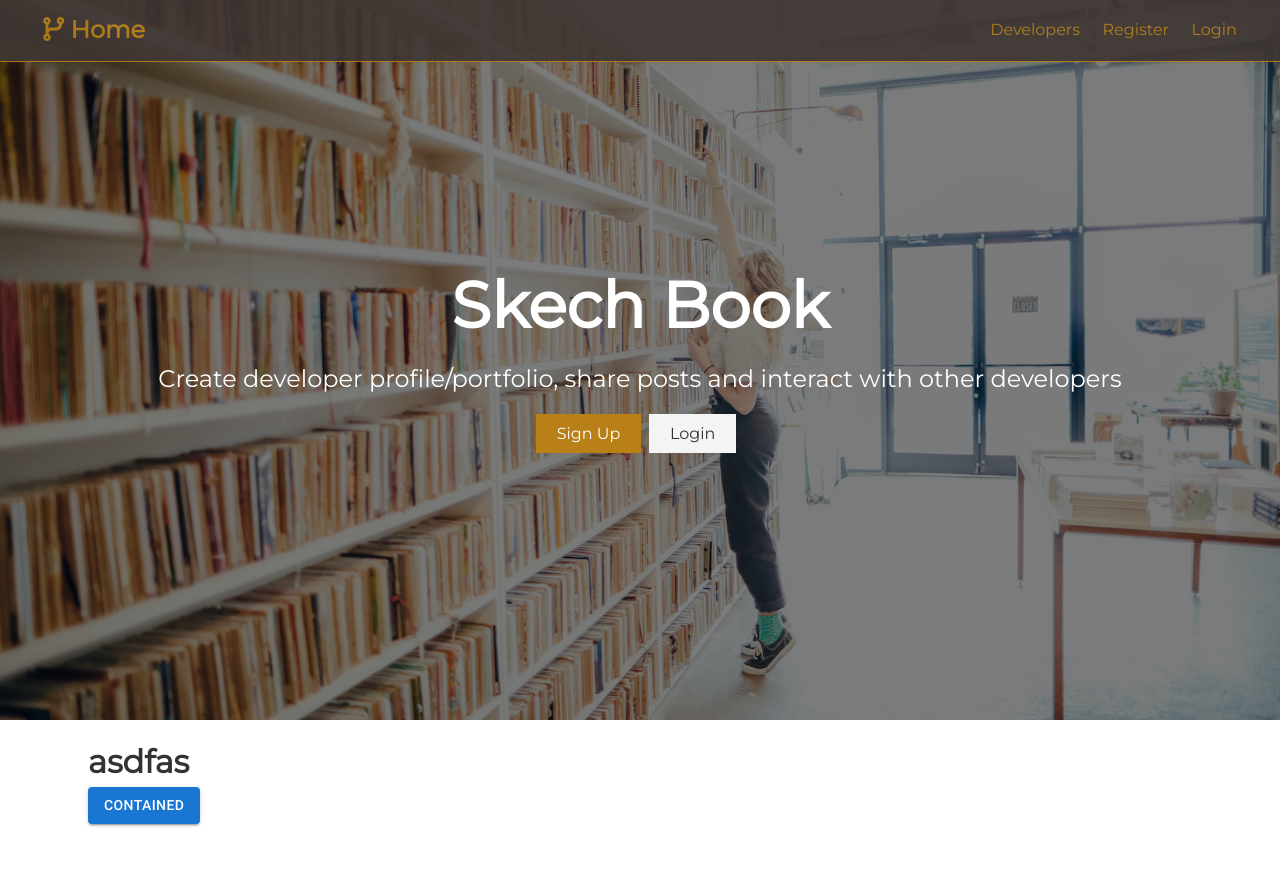
Repository: devnight0913/skechbook
Page: / (app in client/)
These files come from the project's save history. The page is drawn as it stood at one moment and after the next save; the edit follows.
The browser window is 1280 px wide. The pictures show the whole page.
Some web libraries are served in a nearby version. The project was rebuilt for these pictures with package versions that can differ from the ones it lists, and the page was loaded fresh each time. Also part of the build but not shown: client/src/components/auth/Login.js, client/src/components/auth/Register.js, client/src/components/dashboard/DashboardActions.js, client/src/actions/profile.js, client/src/utils/formatDate.js, client/src/components/dashboard/Experience.js, client/src/components/dashboard/Education.js, client/src/components/dashboard/Dashboard.js and 22 more.

Above is the page before, as saved 2023-07-24 14:06:39.

After the next save:
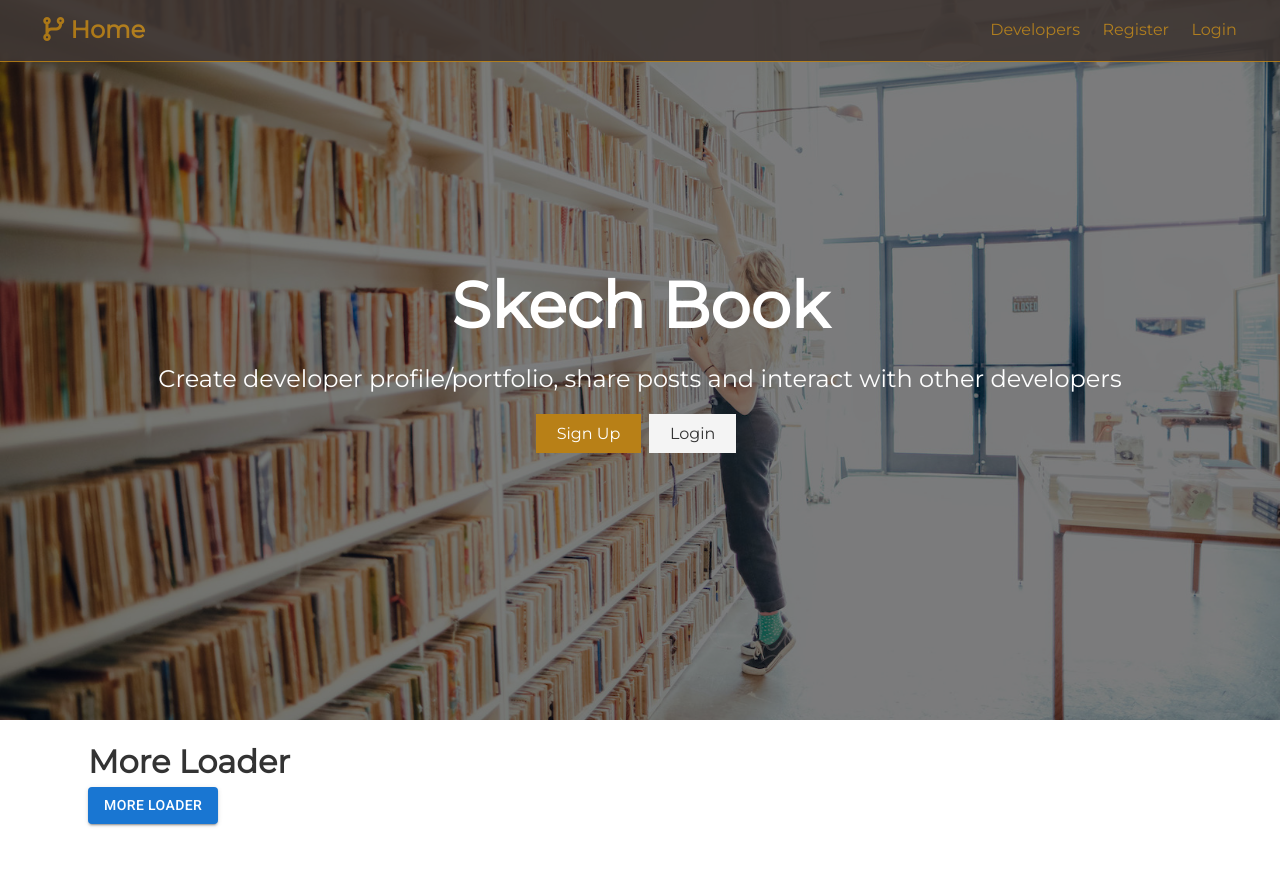
Saved 40 s later.
--- a/client/src/components/layout/Footer.js
+++ b/client/src/components/layout/Footer.js
@@ -11,7 +11,7 @@ import { Button } from "@mui/material";
 const Footer = ({ books, loadBook }) => {
   useEffect(() => {
     loadBook();
-  }, [loadBook])
+  }, [loadBook]);
   return (
     <div className="m-4">
       <Container>
@@ -20,21 +20,26 @@ const Footer = ({ books, loadBook }) => {
             return (
               <Grid item xs={4} key={index}>
                 <Link to="/login">
-                  <MediaCard title={book.title?book.title:"Default"} imgURL={book.frontPage} />
+                  <MediaCard
+                    title={book.title ? book.title : "Default"}
+                    imgURL={book.frontPage}
+                  />
                 </Link>
               </Grid>
             );
           })}
         </Grid>
-        <h1>asdfas</h1>
-        <Button variant="contained">Contained</Button>
+        <div>
+          <h1>More Loader</h1>
+          <Button variant="contained">More Loader</Button>
+        </div>
       </Container>
     </div>
   );
 };
 
 Footer.propTypes = {
-  loadBook : PropTypes.func,
+  loadBook: PropTypes.func,
   books: PropTypes.array,
 };
 const mapStateToProps = (state) => ({
